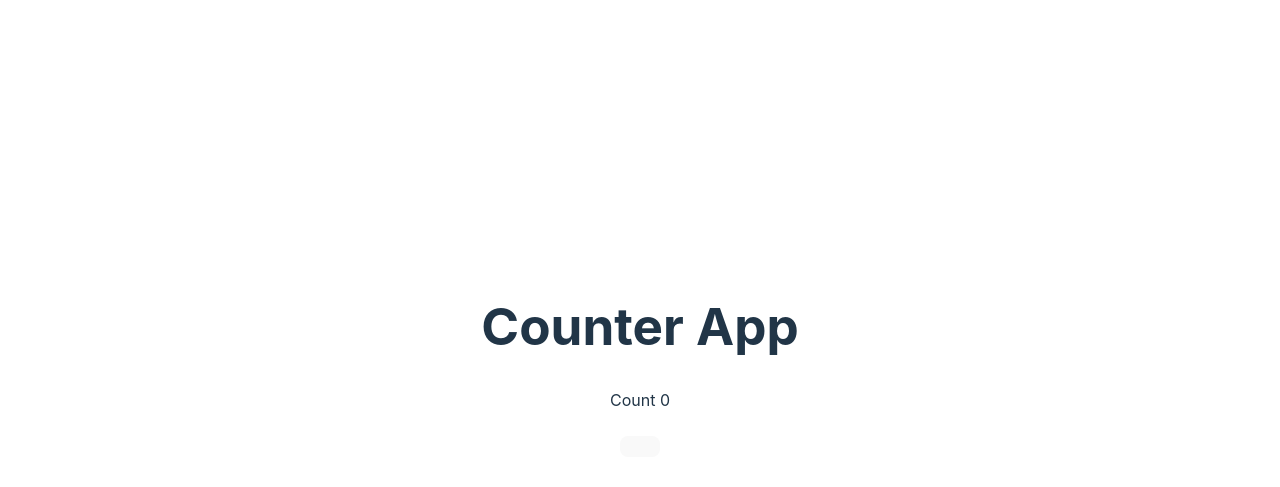
Repository: rajratangm/xcounter
Page: / (app in counter/)
These files come from the project's save history. The page is drawn as it stood at one moment and after the next save; the edit follows.
The browser window is 1280 px wide. The pictures show the whole page.
The project was rebuilt for these pictures with package versions that can differ from the ones it lists, and the page was loaded fresh each time. Also part of the build but not shown: counter/vite.config.js.

Above is the page before, as saved 2024-04-02 17:28:00.

### counter/src/App.jsx
import { useState } from 'react'
import reactLogo from './assets/react.svg'
import viteLogo from '/vite.svg'
import './App.css'

function App() {
  const [count, setCount] = useState(0)

  return (
    <>
   <h1>Counter App</h1>
   <p>Count {count}</p>
   <button></button>
    </>
  )
}

export default App

Loaded but not shown: counter/index.html (common file); counter/src/main.jsx (common file); counter/src/index.css (common file); counter/src/App.css (common file)

After the next save:
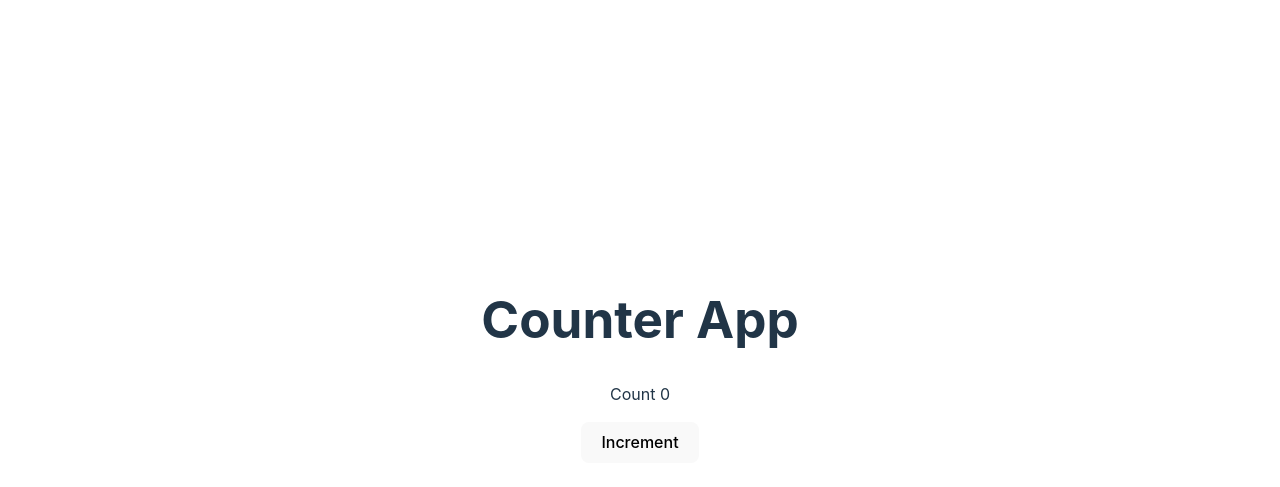
Saved 4 s later.
--- a/counter/src/App.jsx
+++ b/counter/src/App.jsx
@@ -10,7 +10,7 @@ function App() {
     <>
    <h1>Counter App</h1>
    <p>Count {count}</p>
-   <button></button>
+   <button>Increment</button>
     </>
   )
 }
